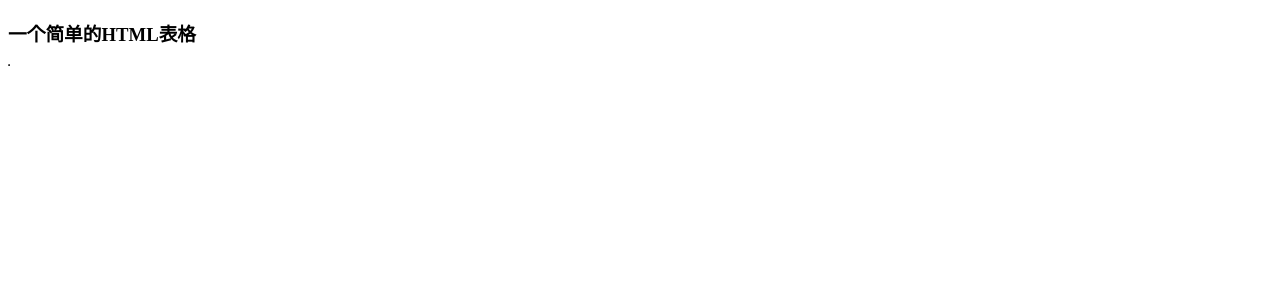
Repository: jarvanstack/vscode
Page: HTML/HTML创建表格.html
The author's editor kept a copy of each file at every save. The page is drawn from the files as they stood at one save, then again after the next save.
The browser window is 1280 px wide. The pictures show the whole page.

Above is the page before, as saved 2020-06-11 09:34:39.

### HTML/HTML创建表格.html
<!DOCTYPE html>
<html lang="en">
<head>
    <meta charset="UTF-8">
    <meta name="viewport" content="width=device-width, initial-scale=1.0">
    <title>HTML创建表格</title>
</head>
<body>
    <h3>一个简单的HTML表格</h3>
    <table border="1">

    </table>
</body>
</html>

After the next save:
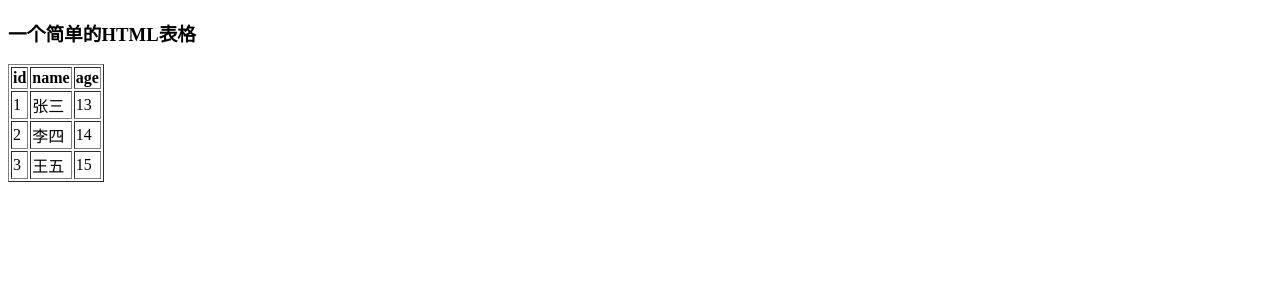
Saved 2 min 24 s later.
--- a/HTML/HTML创建表格.html
+++ b/HTML/HTML创建表格.html
@@ -8,7 +8,26 @@
 <body>
     <h3>一个简单的HTML表格</h3>
     <table border="1">
-
+        <tr>
+            <th>id</th>
+            <th>name</th>
+            <th>age</th>
+        </tr>
+        <tr>
+            <td>1</td>
+            <td>张三</td>
+            <td>13</td>
+        </tr>
+        <tr>
+            <td>2</td>
+            <td>李四</td>
+            <td>14</td>
+        </tr>
+        <tr>
+            <td>3</td>
+            <td>王五</td>
+            <td>15</td>
+        </tr>
     </table>
 </body>
 </html>
